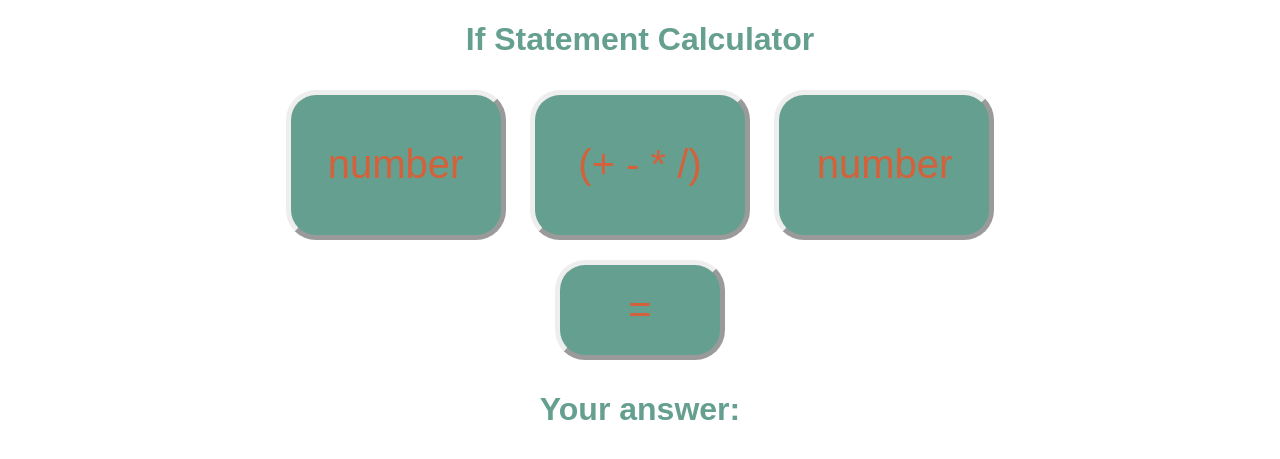
Repository: WesleyErasmus/threeInputCalculator
Page: html/if-calculator.html
An editor plug-in stored every save of this project. The page is shown before and after the next save, followed by the edit.
The browser window is 1280 px wide. The pictures show the whole page.

Above is the page before, as saved 2022-04-27 22:39:55.

### html/if-calculator.html
<!DOCTYPE html>
<html lang="en">
<head>
    <meta charset="UTF-8">
    <meta http-equiv="X-UA-Compatible" content="IE=edge">
    <meta name="viewport" content="width=device-width, initial-scale=1.0">
    <title>JS If Calculator</title>
    <link rel="stylesheet" href="/css/stylesheet.css">
    <script src="/js/if-calculator.js"></script>
</head>
<body>

<center>
    <form onsubmit="return false;">
        <h1>If Statement Calculator</h1>
         <input id="input1" type="text" name = "input1" placeholder="number"> <!-- input-1 -->
         <input id="input3" type="text" name = "input3" placeholder="(+ - * /)"> <!-- input-3 (operator) -->
         <input id="input2" type="text" name = "input2" placeholder="number"> <!-- input-2 -->
        <div>
         <button onclick="sum()">=</button>
        </div>
         <h1>Your answer:</h1>
         <p id="output"></p>
    </form>
</center>
</body>
</html>

### css/stylesheet.css
body {
font-family: sans-serif;
}
h1 {
    color: #659f8f;
}
form {
display: block;
margin: 0 auto;
}
input {
    background-color: #659f8f;
    width: 170px;
    height: 100px;
    padding: 20px;
    margin: 10px;
    text-align: center;
    font-size: 40px;
    border-radius: 30px;
    border: 5px outset;
}
button {
    background-color: #659f8f;
    color: #9e9e9e;
    color: #d5613a;
    width: 170px;
    height: 100px;
    padding: 0;
    margin: 10px;
    font-size: 40px;
    border-radius: 30px;
    border: 5px outset;
}
p {
    text-align: center;
    margin: 10px;
    padding: 20px;
    font-size: 75px;
    border-radius: 10px;
}
::placeholder {
    color: #d5613a;
}

### js/if-calculator.js
function sum() {
const num1 = document.getElementById("input1").value;
const num2 = document.getElementById("input2").value;
const operator = document.getElementById("input3").value;
const output = document.getElementById("output").value;
  let answer;
  document.getElementById("output").value;
  if (operator == '+') {
    answer = +num1 + +num2;
    document.getElementById("output").innerHTML = answer;
  } else if (operator == '-') {
    answer = num1 - num2;
    document.getElementById("output").innerHTML = answer;
  } else if (operator == '*') {
    answer = num1 * num2;
    document.getElementById("output").innerHTML = answer;
  } else {
    answer = num1 / num2;
    document.getElementById("output").innerHTML = answer;
  }console.log(answer);
}

After the next save:
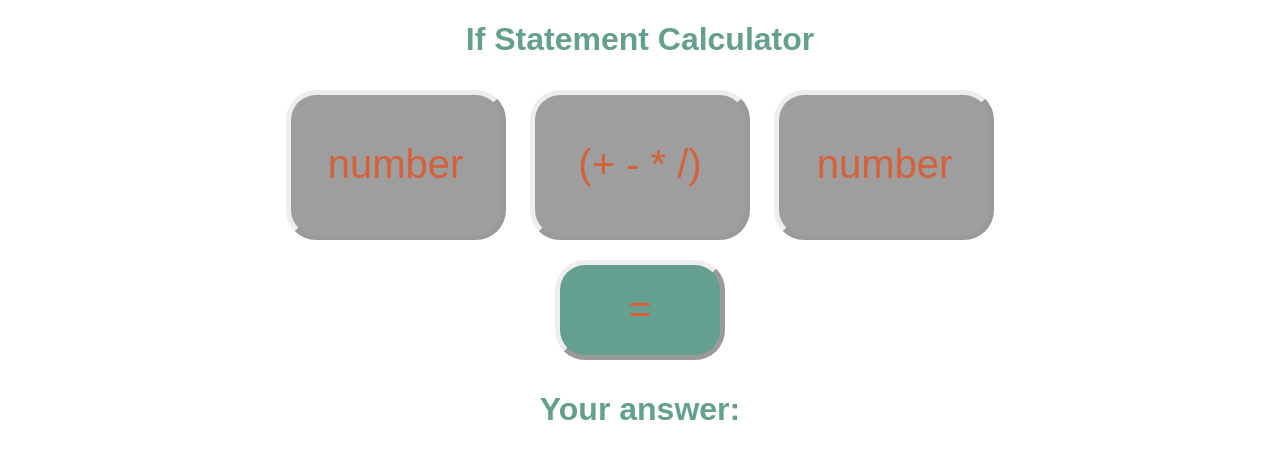
Saved 16 s later.
--- a/css/stylesheet.css
+++ b/css/stylesheet.css
@@ -9,7 +9,7 @@ display: block;
 margin: 0 auto;
 }
 input {
-    background-color: #659f8f;
+    background-color: #9e9e9e;
     width: 170px;
     height: 100px;
     padding: 20px;
@@ -21,7 +21,7 @@ input {
 }
 button {
     background-color: #659f8f;
-    color: #9e9e9e;
+    /* color: #9e9e9e; */
     color: #d5613a;
     width: 170px;
     height: 100px;
